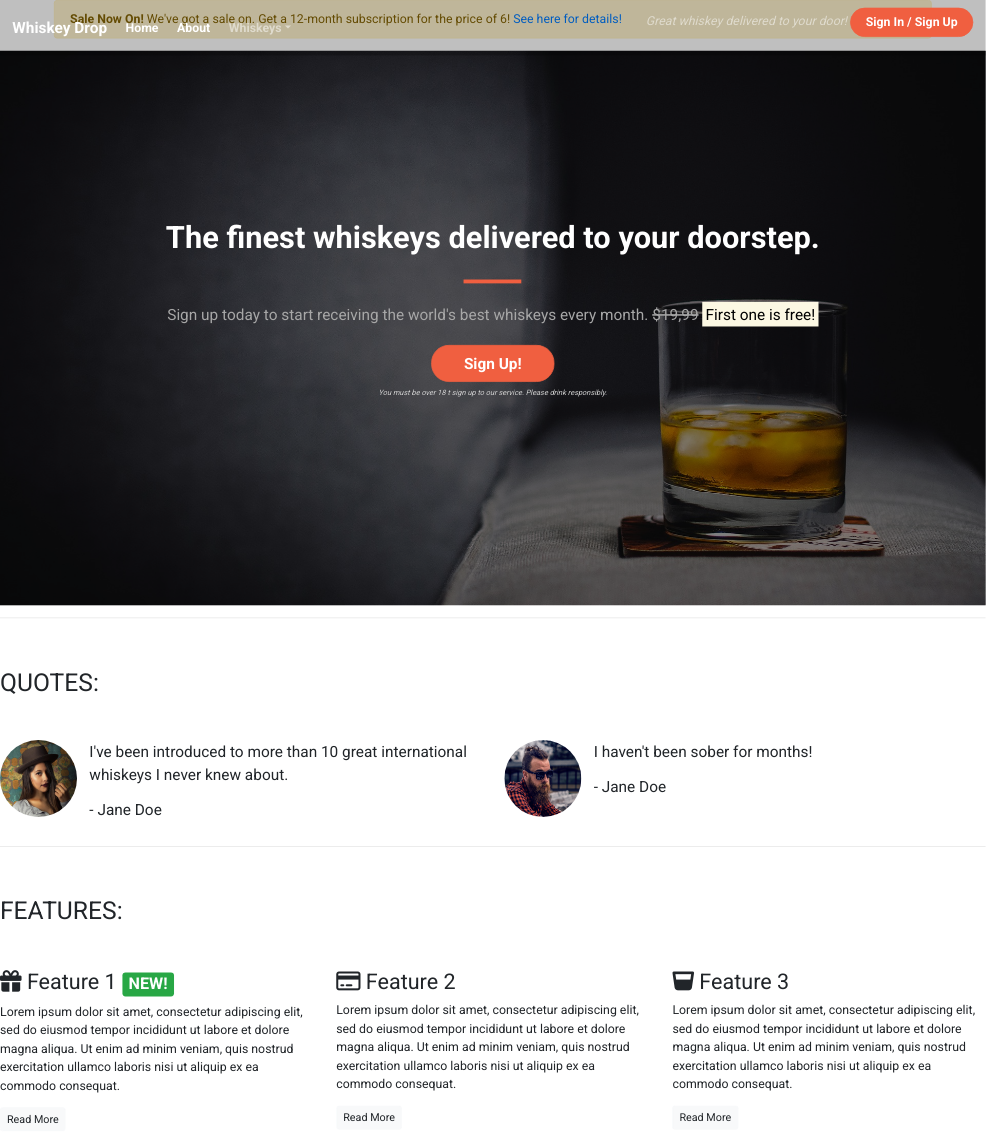
Repository: nitr-am/whiskey-project
Page: index.html
The author's editor kept a record of every edit. The page is drawn from the files as they stood at one moment, then again after the next edit.
The browser window is 1280 px wide. The page is 1295 px wide, so the pictures cover 1295 px, including what lies to the right of the window. The pictures show the whole page, at 77% of full size.
Backgrounds fixed to the window are drawn as part of the page. Some web libraries are served in a nearby version.

Above is the page before.

After the next edit:
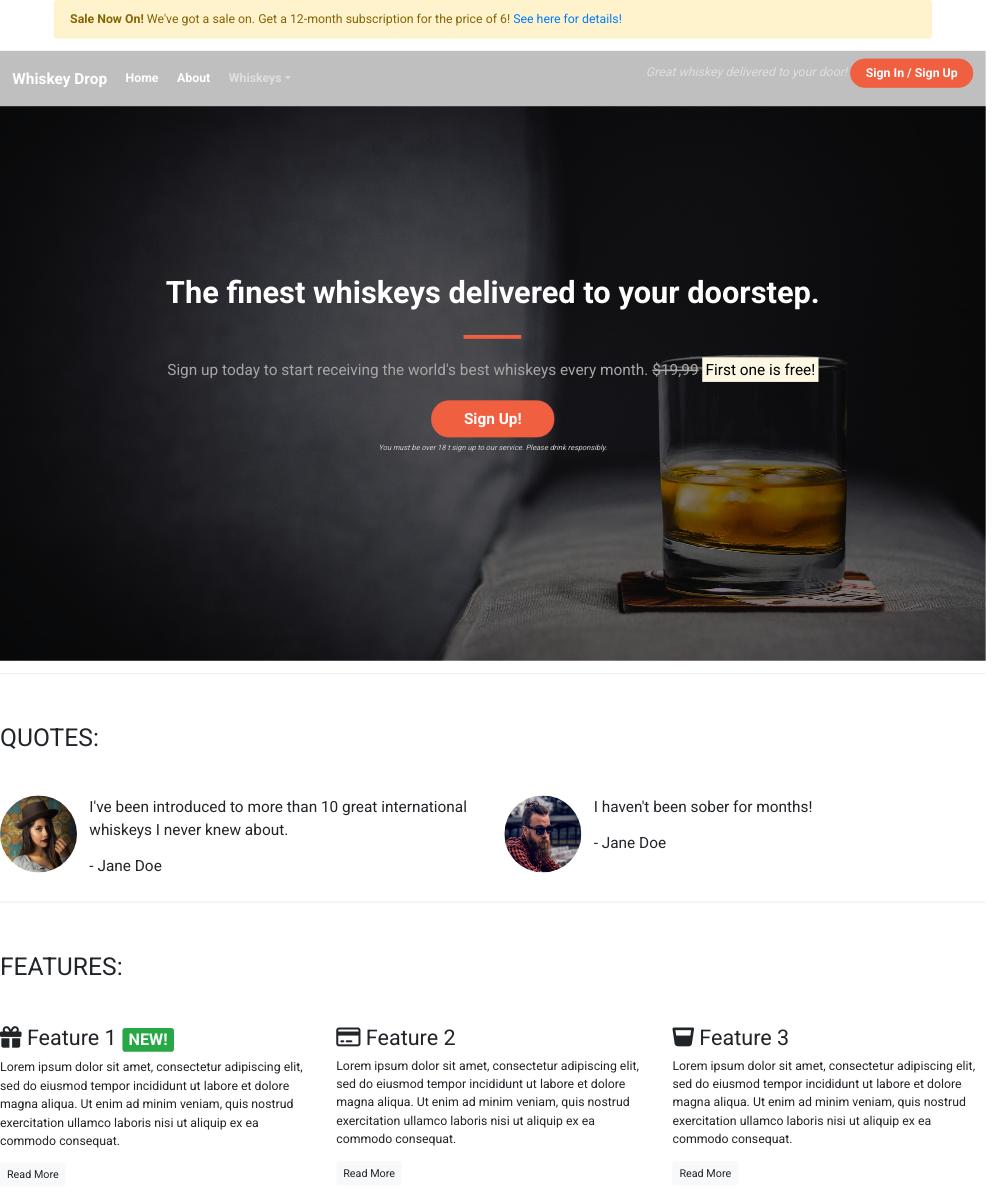
The edit:
--- a/index.html
+++ b/index.html
@@ -22,7 +22,6 @@
         </div>
     </div>
 
-    <div class="container-fluid navalert-container">
         <nav class="navbar navbar-dark navbar-expand-sm">
             <a href="#" class="navbar-brand">Whiskey Drop</a>
 
